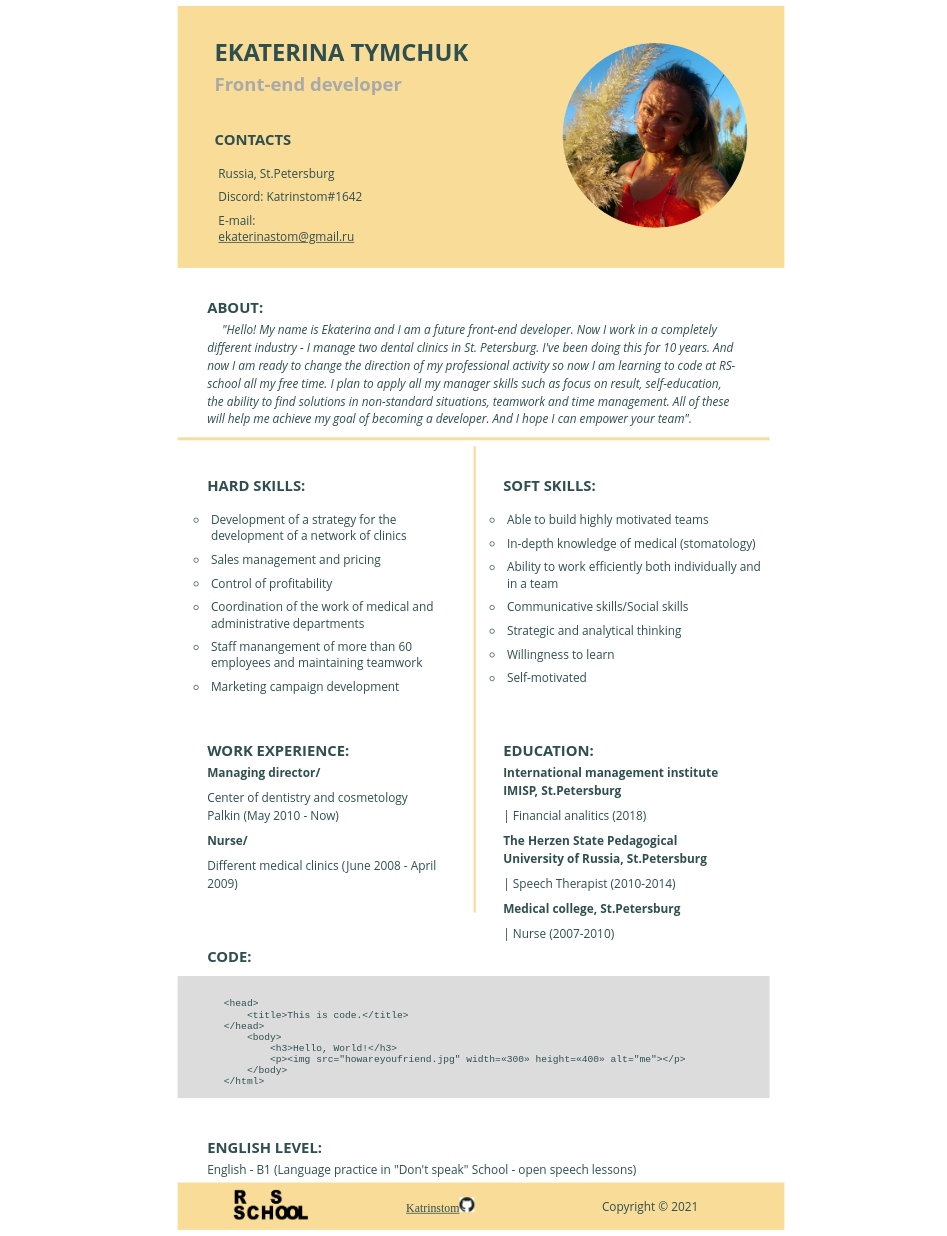
Repository: Katrinstom/rsschool-cv
Page: index.html
These files come from the project's save history. The page is drawn as it stood at one moment and after the next save; the edit follows.
The browser window is 1280 px wide. The pictures show the whole page, at 74% of full size.

Above is the page before, as saved 2022-01-02 17:50:18.

### index.html
<!DOCTYPE html>
<html lang="en">
<head>
    <meta charset="UTF-8">
    <meta http-equiv="X-UA-Compatible" content="IE=edge">
    <meta name="viewport" content="width=device-width, initial-scale=1.0">
    <title>CV</title>
    <link type="text/css" rel="stylesheet" href="style.css"/>
</head>
<body>
    <div id="wrapper">
        <header>
            <div id="bigblock">
                <img class="pic" src="images/1909_oooo.plus.png" alt="itsme" width="250" height="250">
                <h1>Ekaterina Tymchuk</h1>
                <h3>Front-end developer</h3>
                <h4>Contacts</h4>
                <ul class="nonumber">
                    <li>Russia, St.Petersburg</li>
                    <li>Discord: Katrinstom#1642</li>
                    <li>E-mail:<a href="mailto:ekaterinastom@gmail.ru">ekaterinastom@gmail.ru</a></li>
                </ul>
            </div>
        </header>
        <article>
            <div class="block1">
                <h4>About:</h4>
                <p>"Hello! My name is Ekaterina and I am a future front-end developer. Now I work in a completely different industry - I manage two dental clinics in St. Petersburg. I've been doing this for 10 years. And now I am ready to change the direction of my professional activity so now I am learning to code at RS-school all my free time. I plan to apply all my manager skills such as focus on result, self-education, the ability to find solutions in non-standard situations, teamwork and time management. All of these will help me achieve my goal of becoming a developer. And I hope I can empower your team".</p>
            </div>
        </article>
        <hr>
        <div class="line"></div>
        <section>
            <div class="blockleft">
                <h4>Hard skills:</h4>
                <ul>
                    <li>Development of a strategy for the development of a network of clinics</li>
                    <li>Sales management and pricing</li>
                    <li>Control of profitability</li>
                    <li>Coordination of the work of medical and administrative departments</li>
                    <li>Staff manangement of more than 60 employees and maintaining teamwork</li>
                    <li>Marketing campaign development</li>
                </ul>
            </div>
            <div class="blockleft">
                <h4>Soft skills:</h4>
                <ul>
                    <li>Able to build highly motivated teams</li>
                    <li>In-depth knowledge of medical (stomatology)</li>
                    <li>Ability to work efficiently both individually and in a team</li>
                    <li>Communicative skills/Social skills</li>
                    <li>Strategic and analytical thinking</li>
                    <li>Willingness to learn</li>
                    <li>Self-motivated</li>
                </ul>
            </div>
        </section>
        <section>
            <div style="clear:both"></div>
            <div class="blockleft">
                <h4>Work experience:</h4>
                <b>Managing director/</b>
                <p>Сenter of dentistry and cosmetology Palkin (May 2010 - Now)</p>
                <b>Nurse/</b>
                <p>Different medical clinics (June 2008 - April 2009)</p>
            </div>
            <div class="blockleft">
                <h4>Education:</h4>
                <b>International management institute IMISP, St.Petersburg</b>
                <p>| Financial analitics (2018)</p>
                <b>The Herzen State Pedagogical University of Russia, St.Petersburg</b>
                <p>| Speech Therapist (2010-2014)</p>
                <b>Medical college, St.Petersburg</b>
                <p>| Nurse (2007-2010)</p>
            </div>
        </section>
        <section>
            <div class="block2">
                <h4>Code:</h4>
                <pre><code>
        <html></html>
        &LT;head&GT;
            &LT;title&GT;This is code.&LT;/title&GT;
        &LT;/head&GT;
            &LT;body&GT;
                &LT;h3&GT;Hello, World!&LT;/h3&GT;
                &LT;p&GT;&LT;img src="howareyoufriend.jpg" width=«300» height=«400» alt="me"&GT;&LT;/p&GT;
            &LT;/body&GT;
        &LT;/html&GT;
                </code></pre>
            </div>
            <div class="block2">
            <h4>English level:</h4>
            <p>English - B1 (Language practice in "Don't speak" School - open speech lessons)</p>
            </div>
        </section>
        <footer class="footer">
            <div class="flexcont">
                <a href="https://rs.school/js/"><img src="images/logo-rsschool3.png" alt="logo-rsschool3" width="100" height="40"></a>
                <a href="https://github.com/Katrinstom">Katrinstom<img src="images/gitpic.png" alt="gitlogo" width="20" height="20"></a>
                <p>Copyright © 2021</p>
             </div>
        </footer>
    </div>
</body>
</html>

### style.css
#wrapper {
    width: 800px;
    margin: 0 auto;
    background-color:white;
}
#bigblock {
    width: 800px;
    height: auto;
    background-color: #f9dc98;
    margin: 0;
    padding: 10px;
}
h1 {
  padding: 30px 40px 5px;
  text-align: left;
  font-family:'Open Sans', sans-serif;
  font-size: 32px;
  text-transform: uppercase;
  color:darkslategray;
  margin: 0;
}
h3 {
    padding: 0px 40px 5px;
    text-align: left;
    font-family:'Open Sans', sans-serif;
    font-size: 25px;
    color:darkgrey;
    margin: 0;
}
h4 {
    font-family:'Open Sans', sans-serif;
    font-size: 20px;
    text-transform: uppercase;
    padding: 40px 40px 0px;
    text-align: left;
    color: darkslategray;
    margin: 0;
}
ul {
    list-style-type:circle;
    padding: auto;
}
.nonumber {
    list-style-type:none;
}
li {
    text-align: left;
    color: darkslategray;
    font-family: 'Open Sans', sans-serif;
    margin: 0;
    padding: 5px 5px 5px;
}
.block1 p {
    text-align: left;
    color: darkslategray;
    font-family: 'Open Sans', sans-serif;
    font-style: italic;
    margin: 0;
    height: auto;
    width: auto;
    padding: 5px 40px 5px;
    line-height: 1.5;
    text-indent: 20px;
}
.block2 {
    text-align: left;
    color: darkslategray;
    margin: 0;
    height: auto;
    width: auto;
    padding: 0;
}
.blockleft {
    text-align: left;
    color: darkslategray;
    font-family: 'Open Sans', sans-serif;
    margin: 0;
    float: left;
    height: auto;
    width: 50%;
    padding: 0;
}
.pic {
    border-radius: 50%;
    float: right;
    padding: 40px;
}
p, b {
    display: block;
    text-align: left;
    color: darkslategray;
    font-family: 'Open Sans', sans-serif;
    margin: 0;
    height: auto;
    width: auto;
    padding: 5px 40px 5px;
    line-height: 1.5;
}
.block2 code {
    text-align: left;
    background-color: gainsboro;
    display: block;
}
.flexcont {
    display: flex;
    flex-direction: row;
    justify-content: space-around;
    align-items: center;
}
a {
    display: block;
}
hr {
    border: solid 2px #f9dc98;
}
.line {
    border-left: solid 3px #f9dc98;
    height: 630px;
    position: absolute;
    left: 50%;
}
li a {
    color: darkslategray;
}
footer a {
    color: darkslategray;
}
.footer {
    width: 800px;
    height: auto;
    background-color: #f9dc98;
    margin: 0;
    padding: 10px;
}

After the next save:
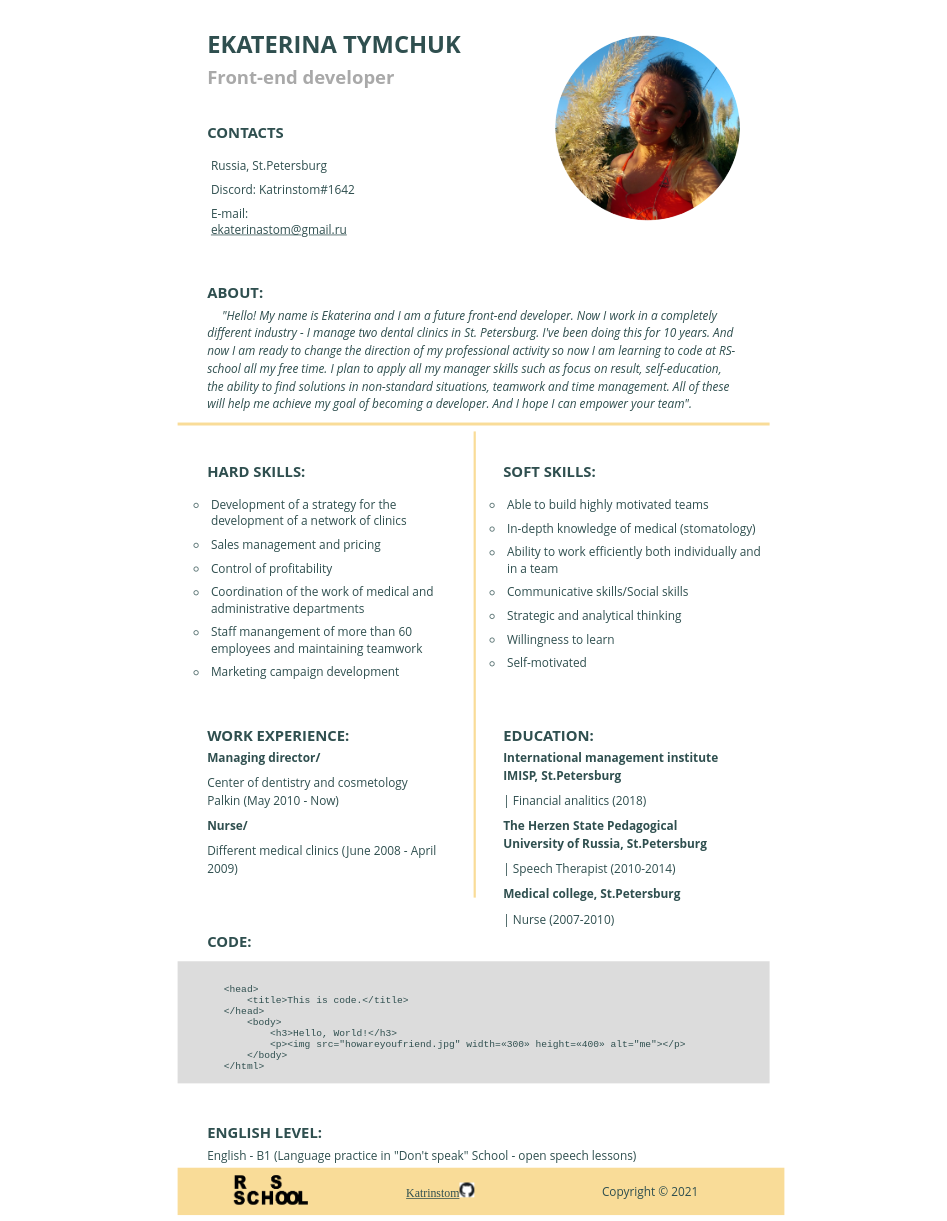
Saved 7 min 38 s later.
--- a/style.css
+++ b/style.css
@@ -3,7 +3,7 @@
     margin: 0 auto;
     background-color:white;
 }
-#bigblock {
+.bigblock {
     width: 800px;
     height: auto;
     background-color: #f9dc98;

After the save that followed:
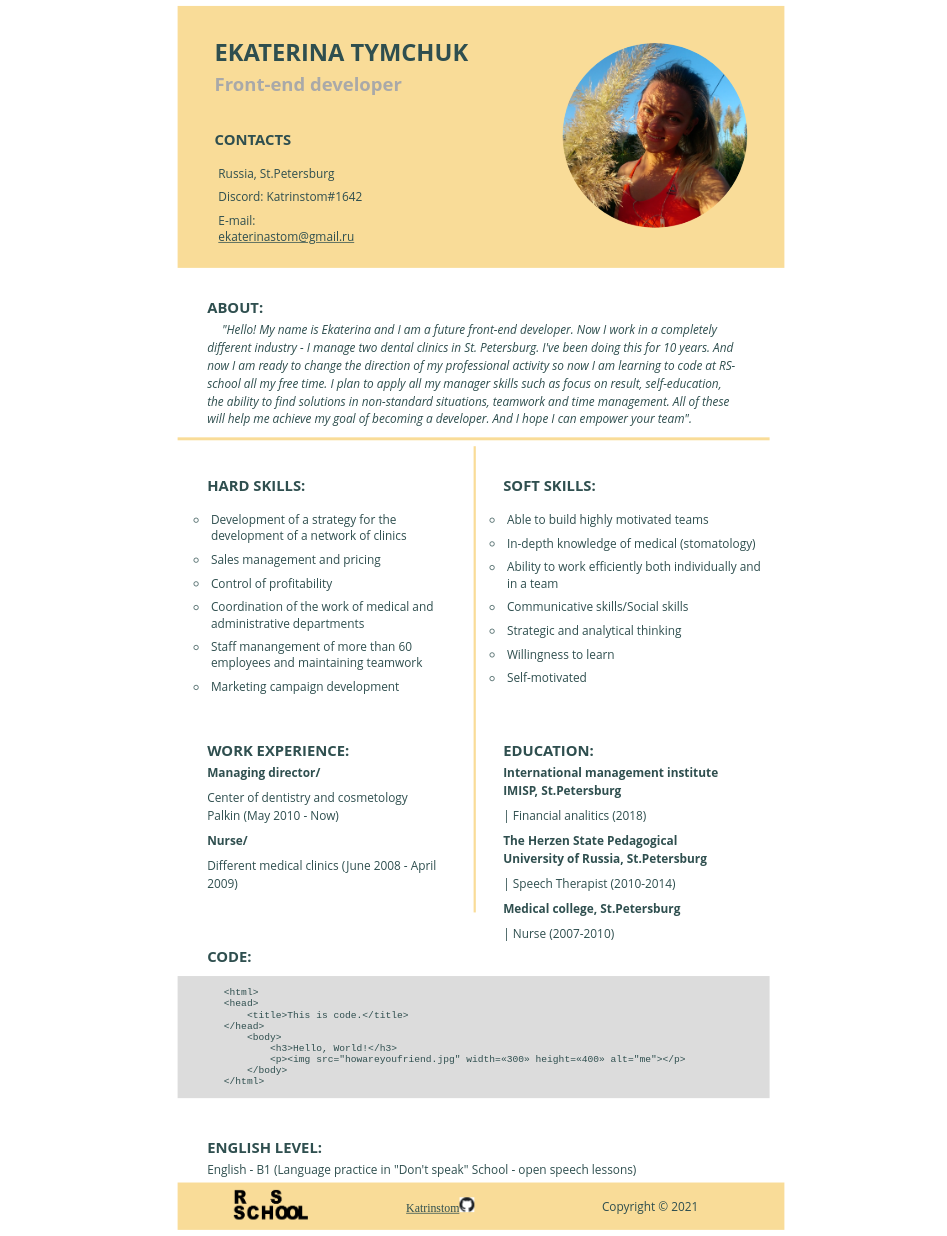
Saved 37 s later.
--- a/index.html
+++ b/index.html
@@ -9,8 +9,7 @@
 </head>
 <body>
     <div id="wrapper">
-        <header>
-            <div id="bigblock">
+        <header class="bigblock">
                 <img class="pic" src="images/1909_oooo.plus.png" alt="itsme" width="250" height="250">
                 <h1>Ekaterina Tymchuk</h1>
                 <h3>Front-end developer</h3>
@@ -20,7 +19,6 @@
                     <li>Discord: Katrinstom#1642</li>
                     <li>E-mail:<a href="mailto:ekaterinastom@gmail.ru">ekaterinastom@gmail.ru</a></li>
                 </ul>
-            </div>
         </header>
         <article>
             <div class="block1">
@@ -78,7 +76,7 @@
             <div class="block2">
                 <h4>Code:</h4>
                 <pre><code>
-        <html></html>
+        &LT;html&GT;
         &LT;head&GT;
             &LT;title&GT;This is code.&LT;/title&GT;
         &LT;/head&GT;
